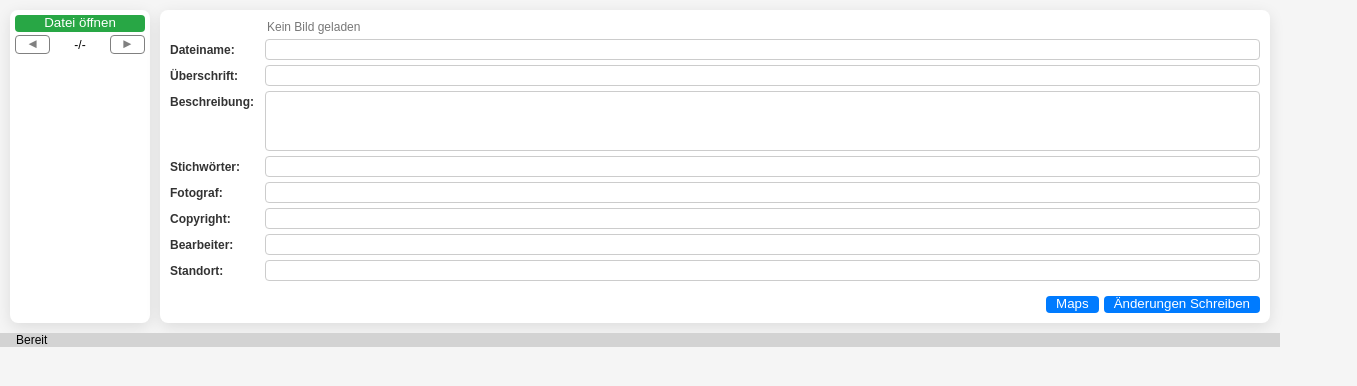
Repository: h-fahle/metadata
Page: ui/index.html
These files come from the project's save history. The page is drawn as it stood at one moment and after the next save; the edit follows.
The browser window is 1280 px wide. The page is 1357 px wide, so the pictures cover 1357 px, including what lies to the right of the window. The pictures show the whole page.

Above is the page before, as saved 2026-08-19 12:16:10.

### ui/index.html
<!DOCTYPE html>
<html lang="de">

<head>
	<meta charset="UTF-8">
	<title>Tauri ExifTool Test</title>
	<script src="script.js" defer></script>
	<link rel="stylesheet" href="style.css">
</head>

<body>

	<div id="main-container">

		<!-- Das Vorschaubild links -->
		<div id="sidebar">

			<button id="file-open" onclick="dateiAuswählen()">Datei öffnen</button>

			<div id="nav">
				<button class="blaettern" onclick="blaettern(-1)">◄</button>
				<span id="img-nummer">-/-</span>
				<button  class="blaettern" onclick="blaettern(1)">►</button>
			</div>

<!-- 		<select id="menue-oeffnen" onchange="menueAktion(this)" >
				<option value="dateien">🖼️ Bilder öffnen...</option>
				<option value="ordner">📁 Ordner öffnen...</option>
			</select>
 -->
			<img id="vorschau-bild" src="" style="display:none;" />
			<div id="bild-info" style="text-align:center;">
				<span id="img-datum"></span><br>
				<span id="img-groesse"></span>
			</div>
		</div>

		<!-- Das Formular rechts -->
		<div id="mein-formular-container">

			<div id="ordner-pfad">Kein Bild geladen</div>

			<div class="tooltip" data-tooltip=
"Im Einzelmodus: Änderung des Dateinamens bewirkt
   Umbenennung der Datei.
Im Stapelmodus: Ordnername is nicht änderbar.!">
				<label for="filename">Dateiname:</label>
				<input type="text" id="filename" name="filename"/>
			</div>

			<div class="tooltip" data-tooltip=
"Auch: (Dokument-)Titel, Schlagzeile, Headline">
				<label for="caption">Überschrift:</label>
				<input type="text" id="caption" name="caption"/>
			</div>

			<div class="tooltip" data-tooltip=
"Beschreibender Text in beliebiger Länge.
(Im Stapelmodus wird der eingegebene Text
   an vorhandenen angehängt.)
Hinweis: Einige Programme zeigen nur 2.000 Zeichen
   oder auch weniger an.">
				<label for="description">Beschreibung:</label>
				<textarea id="description" name="description" style="min-height: 60px;"></textarea>
			</div>

			<div class="tooltip" data-tooltip=
"Komma-separierte Liste. Groß-/Kleinschreibung beachten.
Im Stapelmodus werden die eingegebenen Stichwörter
   an vorhandene angehängt.">
				<label for="keywords">Stichwörter:</label>
				<input type="text" id="keywords" name="keywords"/>
			</div>

			<div class="tooltip" data-tooltip=
"Urheber, Ersteller, Autor
(Tags: Artitst, Creator, By-line)">
				<label for="creator">Fotograf:</label>
				<input type="text" id="creator" name="creator"/>
			</div>

			<div class="tooltip" data-tooltip=
"Urheberrechtshinweis; enthält in der Regel:
Name des Fotografen, Aufnahmejahr und Nutzungsrechte;
(z.B. 'Copyright [1975] [Mustermann], Alle Rechte vorbehalten')">
				<label for="copyright">Copyright:</label>
				<input type="text" id="copyright" name="copyright"/>
			</div>

			<div class="tooltip" data-tooltip=
"Verfasser der Metadaten
(Tags: Caption Writer, Writer Editor)">
				<label for="editor">Bearbeiter:</label>
				<input type="text" id="editor" name="editor"/>
			</div>

			<div class="tooltip" data-tooltip=
"GPS-Koordinaten in Dezimalgrad (51.49129, 8.43317).
Ermitteln der Koordinaten in der Google Maps-Karte:
  1. mit rechter Maustaste auf den Standort klicken,
  2. auf die angezeigten Koordinaten klicken,
  3. der so gespeicherte Wert kann dann mit Strg+V
     kopiert werden.">
				<label for="position">Standort:</label>
				<input type="text" id="position" name="position"/>
			</div>

			<!-- Button-Leiste -->
			<div class="button-group" style="text-align: right; margin-top: 15px;">
				<button type="button" onclick="zeigeMaps(event)" style="background: #007BFF;">Maps</button>
				<button type="button" onclick="exifSchreiben(event)" style="background: #007BFF;">Änderungen Schreiben</button>
			</div>

		</div>
	</div> <!-- Ende des main-containers -->

	<div id="statusleiste">Bereit</div>

</body>

</html>

### ui/script.js
let aktuellerBildPfad = "";
let bilderListe = [];
let aktuellerIndex = -1;
let status = document.getElementById('statusleiste');

// Der Observer merkt jede Höhenänderung der Statusleiste
const resizeObserver = new ResizeObserver(entries => {
  for (let entry of entries) {
    // Die echte, aktuelle Höhe auslesen
    const hoehe = entry.contentRect.height;
    // Den Abstand des Bodys dynamisch anpassen
    document.body.style.paddingBottom = hoehe + 'px';
  }
});
// Beobachtung starten
resizeObserver.observe(statusleiste);


function zeigeStatus(nachricht) {
    status.innerText = nachricht;
}

async function dateiAuswählen() {
    try {
        const ergebnis = await window.__TAURI__.core.invoke('plugin:dialog|open', {
            options: {
                title: 'Bilddatei für ExifTool auswählen',
                directory: false,
                multiple: false,
                filters: [
                    { name: 'Bilder', extensions: ['jpg', 'jpeg', 'png', 'gif', 'tif', 'tiff', 'webp', 'avif', 'heic', 'heif'] }
                ]
            }
        });

        if (ergebnis) {
            const pfad = typeof ergebnis === 'object' ? ergebnis.path : ergebnis;
            aktuellerBildPfad = pfad;

            // Bilderliste des Ordners auslesen
            await ladeOrdnerBilder(pfad);

            // Metadaten für das aktuelle Bild einlesen
            exifAuslesen();
        }
    } catch (fehler) {
        zeigeStatus("Dialog-Fehler: " + fehler);
    }
}

async function ladeOrdnerBilder(pfad) {
    try {
        bilderListe = await window.__TAURI__.core.invoke('hole_ordner_bilder', { dateipfad: pfad });
        // Finde den Index des aktuell geöffneten Bildes
        aktuellerIndex = bilderListe.indexOf(pfad);
    } catch (fehler) {
        console.error("Fehler beim Laden des Ordnerinhalts:", fehler);
        ausgabe.innerHTML = "<span style='color: red;'>Fehler beim Laden des Ordnerinhalts: " + fehler + "</span>";
        bilderListe = [pfad];
        aktuellerIndex = 0;
    }
}

function blaettern(richtung) {
    if (bilderListe.length === 0) return;

    aktuellerIndex += richtung;

    // Begrenzungen einhalten
    if (aktuellerIndex < 0) {
        aktuellerIndex = 0;
        return;
    }
    if (aktuellerIndex >= bilderListe.length) {
        aktuellerIndex = bilderListe.length - 1;
        return;
    }

    aktuellerBildPfad = bilderListe[aktuellerIndex];
    exifAuslesen();
}

async function exifAuslesen() {
    const pfad = aktuellerBildPfad;
    const vorschauImg = document.getElementById("vorschau-bild");

    zeigeStatus("Rufe ExifTool auf...");

    try {
        // 1. Metadaten über Rust holen
        const jsonText = await window.__TAURI__.core.invoke('lese_bild_metdaten', { dateipfad: pfad });
        const datenObjekt = JSON.parse(jsonText)[0]; 	// Das 1. JSON-Objekt im JSON-Array in JS-Objekt umwandeln

        if (bilderListe.length > 0) {
            document.getElementById('img-nummer').innerText = `${aktuellerIndex + 1}/${bilderListe.length}`;
        } else {
            document.getElementById('img-nummer').innerText = '0/0';
        }

        let aufnahmeDatum = datenObjekt.DateTimeOriginal;
        if (typeof aufnahmeDatum === 'undefined') aufnahmeDatum = '---';

        document.getElementById('img-datum').innerText = '\u{1F4F7} ' + aufnahmeDatum || '';
        document.getElementById('img-groesse').innerText = '⤢ ' + datenObjekt.ImageSize || '';

        document.getElementById('filename').value = datenObjekt.FileName || '';
        document.getElementById('caption').value = datenObjekt.CMB_Caption || '';
        document.getElementById('description').value = datenObjekt.Description || '';
        document.getElementById('keywords').value = datenObjekt.Keywords || '';
        document.getElementById('creator').value = datenObjekt.Creator || '';
        document.getElementById('copyright').value = datenObjekt.Copyright || '';
        document.getElementById('editor').value = datenObjekt.CMB_Editor || '';
        document.getElementById('position').value = datenObjekt.GPSPosition || '';

        const vollerPfad = pfad;
        // Erkennt automatisch Linux-Schrägstriche (/) und Windows-Backslashes (\)
        const letzterSlash = Math.max(vollerPfad.lastIndexOf('/'), vollerPfad.lastIndexOf('\\'));
        let ordner = "Unbekannt";
        if (letzterSlash !== -1) {
            ordner = vollerPfad.substring(0, letzterSlash);
        }
        // Den berechneten Ordnerpfad in das neue Label schreiben
        document.getElementById('ordner-pfad').innerText = ordner;

        // Wir nehmen das erste Element der Liste (ExifTool liefert immer ein Array)
        zeigeStatus(jsonText);

        // Wir fragen Rust nach dem besten Weg für das Bild
        const vorschauErgebnis = await window.__TAURI__.core.invoke('hole_vorschaubild', { dateipfad: pfad });

        if (vorschauErgebnis === "STANDARD") {
            // Normales JPG/PNG über das Asset-Protokoll
            const assetUrl = window.__TAURI__.core.convertFileSrc(pfad);
            vorschauImg.src = assetUrl + "?t=" + new Date().getTime();
        } else if (vorschauErgebnis.startsWith("data:[embedded picture, 23 characters]")) {
            // TIF/TIFF über den im RAM kompilierten Rust-Wandler
            vorschauImg.src = vorschauErgebnis;
        }

        vorschauImg.style.display = "block";

    } catch (fehler) {
        zeigeStatus("Fehler: " + fehler);
        vorschauImg.style.display = "none";
    }
}

async function zeigeMaps(event) {
    event.preventDefault()
    let gps = document.getElementById('position').value;

    try {
        // Ruft direkt unsere eigene, sichere Rust-Funktion auf
        await window.__TAURI__.core.invoke('oeffne_maps_browser', {
            gpsString: gps
        });
    } catch (fehler) {
        console.error("Fehler:", fehler);
        ausgabe.innerHTML = "<span style='color: red;'>Fehler bei öffnen Maps: " + fehler + "</span>";
    }
}

async function exifSchreiben(ereignis) {
    if (ereignis) ereignis.preventDefault();  // verbietet dem Browser den automatischen Seiten-Reset!

    const pfad = aktuellerBildPfad;

    zeigeStatus("Speichere Daten über ExifTool...");

    // Wir sammeln alle aktuellen Werte aus den Eingabefeldern ein
    const daten = {
        dateipfad: pfad,
        filename: document.getElementById('filename').value,
        caption: document.getElementById('caption').value,
        description: document.getElementById('description').value,
        keywords: document.getElementById('keywords').value.split(',').map(s => s.trim()).join(', '),
        creator: document.getElementById('creator').value,
        copyright: document.getElementById('copyright').value,
        editor: document.getElementById('editor').value,
        gps: document.getElementById('position').value
    };

    try {
        // Wir schicken das gesamte Paket an die Rust-Funktion 'schreibe_bild_metdaten'
        const antwort = await window.__TAURI__.core.invoke('schreibe_bild_metdaten', daten);

        // Bei Erfolg zeigen wir die Meldung in grüner Schrift an
        zeigeStatus(antwort);

        // 2. Da der Pfad dank preventDefault() jetzt bombenfest im Feld stehen bleibt,
        // funktioniert das Neuladen nun augenblicklich und fehlerfrei!
        await exifAuslesen();

    } catch (fehler) {
        // Falls etwas schiefgeht (z.B. Datei schreibgeschützt), zeigen wir den Fehler an
        zeigeStatus("Fehler: " + fehler);
    }
}

### ui/style.css

html,
body {
	margin: 0;
	background: #f5f5f5;
	display: flex;
	flex-direction: column;
	font-family: sans-serif;
	font-size: 12px;
}

/* Haupt-Container und Statusleiste ------------------------ */
#main-container {
	max-width: 100%;
	padding: 10px;
	display: flex;
	flex-direction: row;  /* Elemente nebeneinander */
	gap: 10px;  /* Abstand zwischen Bild und Formular */
	box-sizing: border-box;
}

#statusleiste {
	bottom: 0;
	left: 0;
	box-sizing: content-box;
	background-color: lightgray;
	color: black;
	display: flex;
	align-items: center;
	padding: 0 16px;
	z-index: 1000;
}


/* Styling für die Sidebar -------------------------------- */
#sidebar {
	width: 130px;
	min-width: 130px;
	display: flex;
	flex-direction: column;
	align-items: center;
	justify-content: flex-start;
	padding: 5px;
	background-color: #ffffff;
	border-radius: 8px;
	box-shadow: 0 4px 15px rgba(0, 0, 0, 0.1);
}

div#nav {
	width: 130px;
	display: flex;
	justify-content: space-between;
	align-items: center;
	margin-bottom: 10px;
}

#vorschau-bild {
	width: 130px;
	height: auto;
	border: 1px outset gray;
}


/* Container des Formulars ----------------------------------------- */
#mein-formular-container {
	flex-grow: 1;
	margin: 0;
	padding: 5px 10px;
	background-color: #ffffff;
	border-radius: 8px;
	box-shadow: 0 4px 15px rgba(0, 0, 0, 0.1);
	font-family: Arial, sans-serif;
}

#mein-formular-container div {
	display: flex;
	align-items: center;
	margin: 6px 0;
	/* Geringer Zeilenabstand */
	width: 100%;
	margin-top: 5px;
	/* Kleiner Abstand nach oben */
	margin-bottom: 5px;
	/* Kleiner Abstand nach unten */
}

#ordner-pfad {
	margin-left: 97px !important;
	color: #777777;
}


/* Bedien-Elemente -------------------------------------------- */
button {
	padding: 0px 10px 2px 10px;
	cursor: pointer;
	background: #28a745;
	color: white;
	border: none;
	border-radius: 4px;
}

button#file-open {
	width: 130px;
	margin-bottom: 3px;
}

button.blaettern {
	border: 1px solid gray;
	color: gray;
	background-color: white;
}

/* Der Absendeknopf richtet sich nach den Eingabefeldern aus */
.button-group {
	display: flex;
	justify-content: flex-end;
}

.button-group button {
	margin-left: 5px;
}

select {
	-moz-appearance: none;
	-webkit-appearance: none;
	appearance: none;
	border: none;
	border-radius: 4px;
	background: #28a745;
	color: white;
	width: 120px;
}


/* Formular-Elemente ---------------------------------------------------------- */

label[for="description"] {
	align-self: flex-start;
	/* DIESE ZEILE IST DIE RETTUNG: Richtet NUR dieses Label oben aus! */
	margin-top: 4px;
	/* Feinjustierung, damit es perfekt auf der Linie der ersten Textzeile liegt */
}

/* Feste Breite für die Labels + Linksbündig */
label {
	display: inline-block;
	width: 95px;
	text-align: left;
	font-weight: bold;
	color: #333333;
	flex-shrink: 0;
	/* Verhindert, dass der Text zusammengedrückt wird */
}

/* Eingabefelder füllen den restlichen Platz der Zeile aus */
input[type="text"],
textarea {
	flex-grow: 1;
	/* Alle Felder starten exakt an der gleichen Linie */
	width: 100%;
	min-width: 0;
	padding: 2px;
	border: 1px solid #cccccc;
	border-radius: 4px;
	box-sizing: border-box;
}

textarea {
	/* DIESE BEIDEN ZEILEN LÖSEN DAS LINUX-PROBLEM ENDGÜLTIG: */
	field-sizing: content;
	/* Die Box wächst automatisch zeilenweise mit! */
	overflow: hidden;
	/* Schaltet Scrollbalken und damit den Bug komplett ab */
	resize: none;
	/* Der Nutzer muss nicht mehr manuell ziehen */
}

/* Aktives Feld bei Klick */
input:focus,
textarea:focus {
	border-color: #007BFF;
	outline: none;
	box-shadow: 0 0 5px rgba(0, 123, 255, 0.5);
}

.tooltip {
	position: relative;
	display: block;
	margin-bottom: 15px;
	/* Wichtig: Standard-Ebene für alle Zeilen */
	z-index: 1;
}

.tooltip:focus-within {
	z-index: 10;
}

/* Wenn die Maus drüber ist oder getippt wird, MUSS diese Zeile über allen anderen liegen */
.tooltip:hover,
.tooltip:has(input:focus) {
	z-index: 9999 !important;
}

.tooltip:hover {
	z-index: 99999 !important;
}

/* Der Tooltip selbst */
.tooltip:hover::after {
	content: attr(data-tooltip);
	position: absolute;

	/* Vertikale Positionierung (unten) */
	top: 50%;
	margin-top: 8px;
	bottom: auto;

	/* Horizontale Positionierung (an deiner Label-Breite) */
	left: 105px;
	/* Hier wieder deine Label-Breite eintragen */
	right: auto;
	transform: none;

	/* Styling & Farben */
	background-color: #333333;
	color: #ffffff;
	padding: 2px 4px;
	background-color: lightyellow;
	color: black;
	border: 1px solid gray;
	border-radius: 4px;
	font-size: 11px;
	line-height: 1.4;

	/* Dynamische Breite */
	white-space: pre;
	width: max-content;

	/* DIE RETTUNG FÜR DEN Z-INDEX: */
	z-index: 100000;
	pointer-events: none;
	/* Verhindert, dass der Tooltip Maus-Klicks oder Hovers abfängt */
}

After the next save:
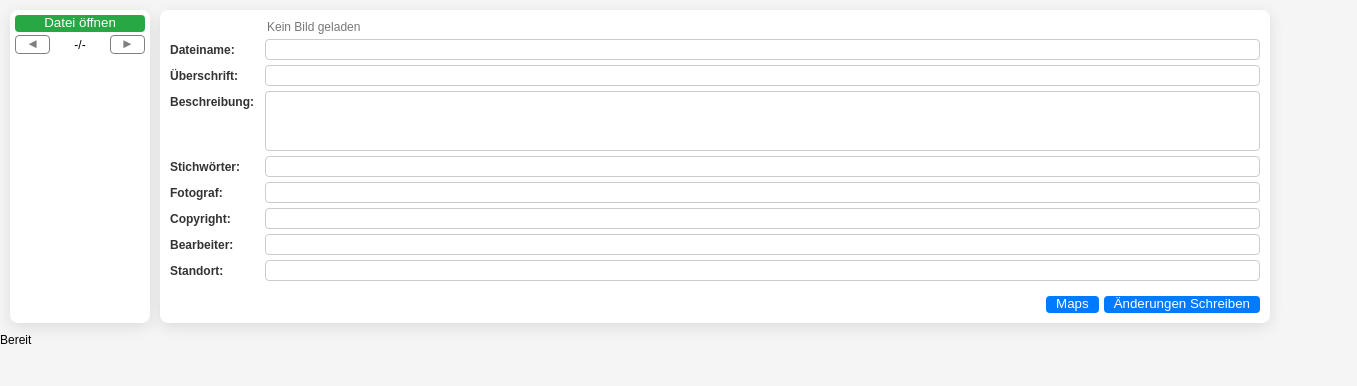
Saved 24 s later.
--- a/ui/style.css
+++ b/ui/style.css
@@ -19,7 +19,7 @@ body {
 	box-sizing: border-box;
 }
 
-#statusleiste {
+/* #statusleiste {
 	bottom: 0;
 	left: 0;
 	box-sizing: content-box;
@@ -30,7 +30,7 @@ body {
 	padding: 0 16px;
 	z-index: 1000;
 }
-
+ */
 
 /* Styling für die Sidebar -------------------------------- */
 #sidebar {
